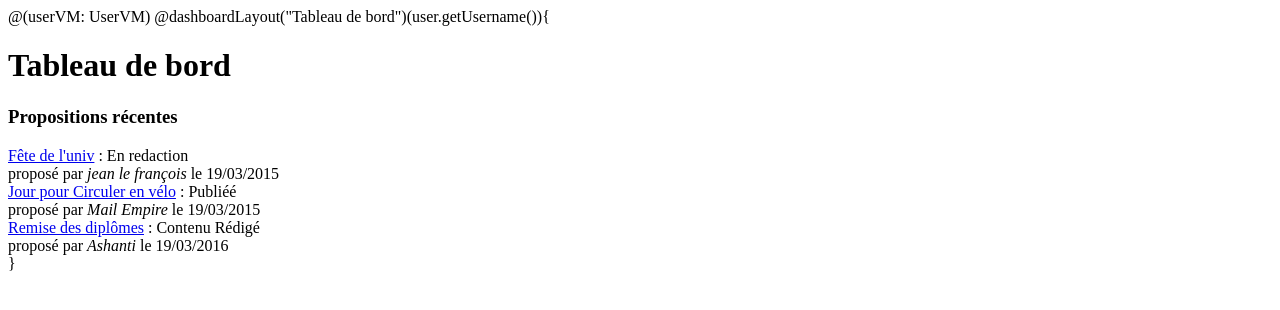
Repository: spirale-software/labo_master
Page: Application/oneDotCom/app/views/dashboard.scala.html
An editor plug-in stored every save of this project. The page is shown before and after the next save, followed by the edit.
The browser window is 1280 px wide. The pictures show the whole page.

Above is the page before, as saved 2017-03-29 17:35:11.

### Application/oneDotCom/app/views/dashboard.scala.html
@(userVM: UserVM)

@dashboardLayout("Tableau de bord")(user.getUsername()){

	<meta content="text/html; charset=UTF-8" http-equiv="Content-Type">

	 <h1 class="page-header">Tableau de bord</h1>

	 <div class="row">
                <div class="col-lg-8 col-md-8">
                    <div class="panel panel-default">
                        <div class="panel-heading">
                            <h3 class="panel-title">Propositions récentes</h3>
                        </div>
                        <div class="panel-body">

                            <div class="panel panel-default">
                                <div class="panel-body">
                                    <a href="#">Fête de l'univ</a> : En redaction<br>
                                        proposé par <em>jean le françois</em> le 19/03/2015
                                </div>
                            </div>

                            <div class="panel panel-default">
                                <div class="panel-body">
                                    <a href="#">Jour pour Circuler en vélo</a> : Publiéé<br>
                                    proposé par <em>Mail Empire</em> le 19/03/2015
                                </div>
                            </div>

                            <div class="panel panel-default">
                                <div class="panel-body">
                                    <a href="#">Remise des diplômes</a> : Contenu Rédigé<br>
                                    proposé par <em>Ashanti</em> le 19/03/2016
                                </div>
                            </div>


                        </div><!--[/panel-body]-->

                    </div>

                </div>

                <div class="col-lg-6 col-md-6">


                </div>

            </div>


}

After the next save:
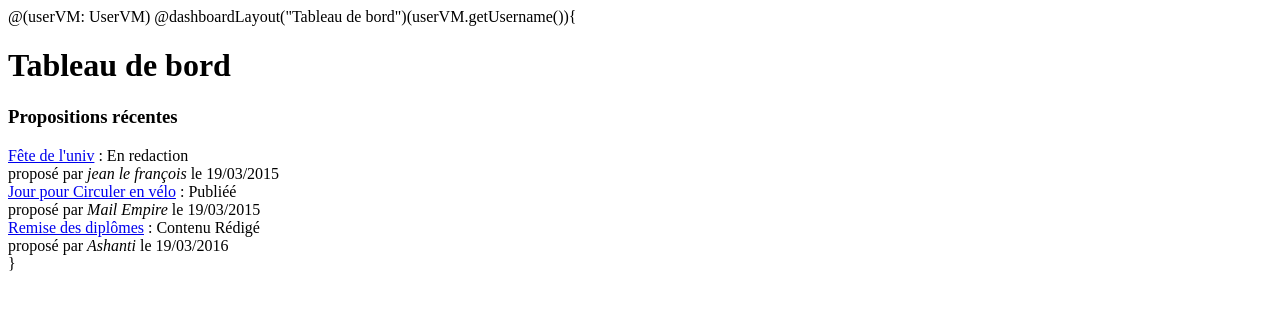
Saved 9 s later.
--- a/Application/oneDotCom/app/views/dashboard.scala.html
+++ b/Application/oneDotCom/app/views/dashboard.scala.html
@@ -1,6 +1,6 @@
 @(userVM: UserVM)
 
-@dashboardLayout("Tableau de bord")(user.getUsername()){
+@dashboardLayout("Tableau de bord")(userVM.getUsername()){
 
 	<meta content="text/html; charset=UTF-8" http-equiv="Content-Type">
 
